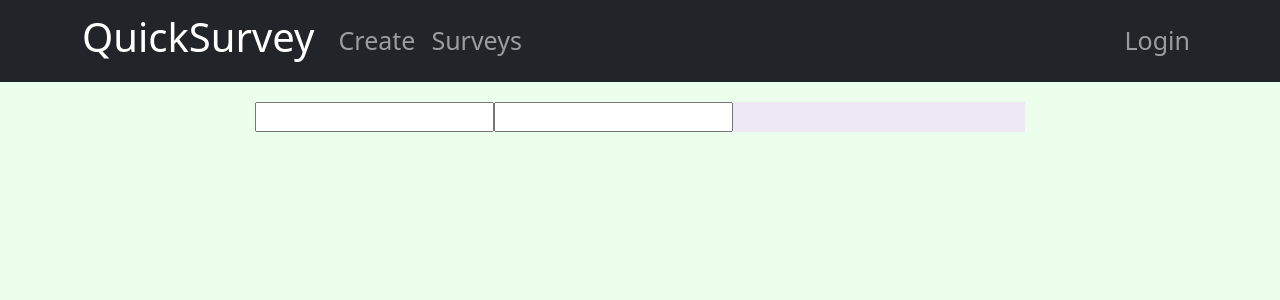
Repository: cakuang1/QuickSurveyReact
Page: /create (app in frontend/)
An editor plug-in stored every save of this project. The page is shown before and after the next save, followed by the edit.
The browser window is 1280 px wide. The pictures show the whole page.
The project was rebuilt for these pictures with package versions that can differ from the ones it lists, and the page was loaded fresh each time. Also part of the build but not shown: frontend/src/index.css, frontend/src/pages/home/home.js, frontend/src/pages/pastsurveys/pastsurveys.js, frontend/src/pages/login/login.js, frontend/src/pages/register/register.js.

Above is the page before, as saved 2022-07-29 03:12:45.

After the next save:
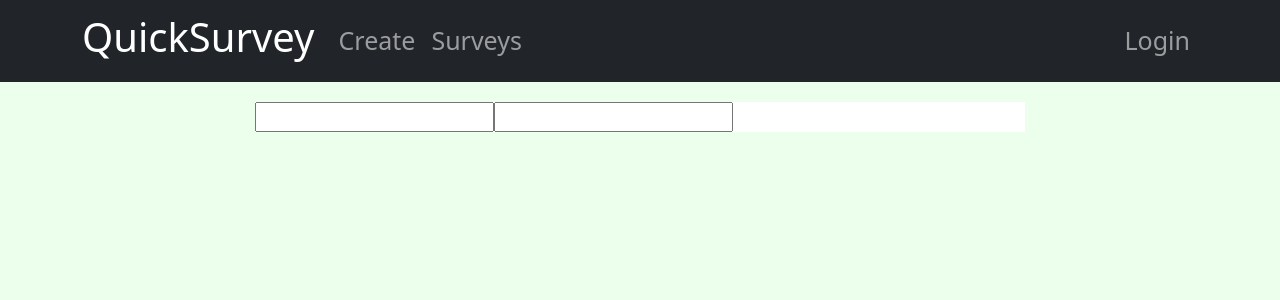
Saved 24 s later.
--- a/frontend/src/pages/create/create.css
+++ b/frontend/src/pages/create/create.css
@@ -1,5 +1,5 @@
 .titlecontainer {
-    background-color: #ede7f6;
+    background-color: white;
 
 
 
